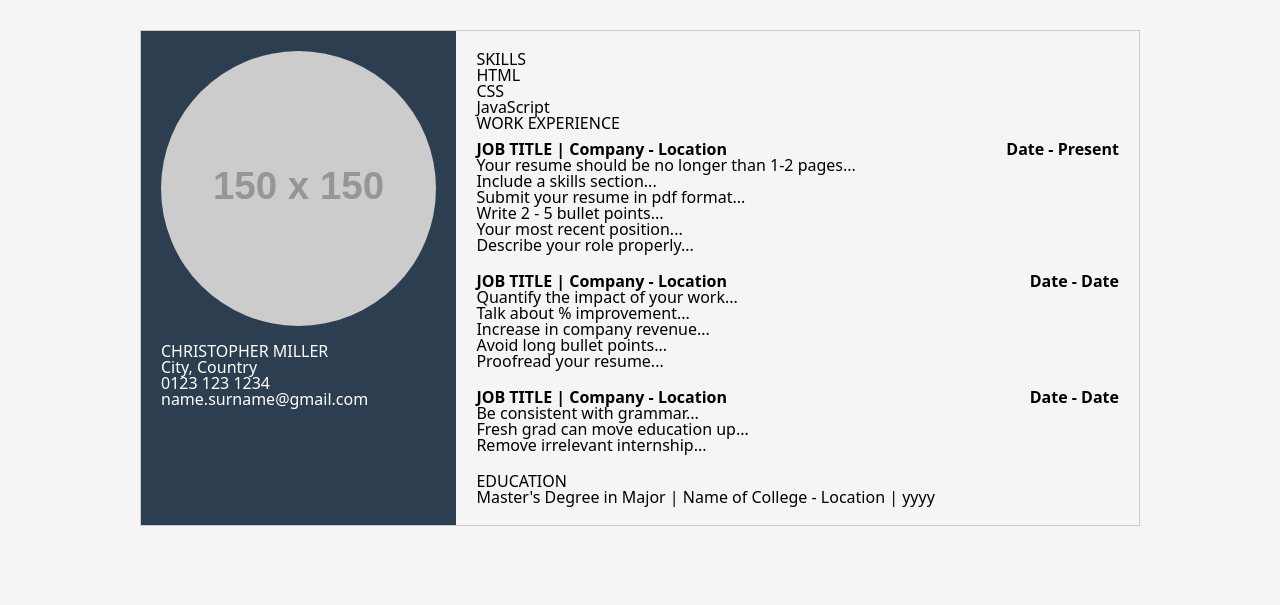
Repository: doanhieu0707/Homework-Day-5
Page: cv-flex.html
An editor plug-in stored every save of this project. The page is shown before and after the next save, followed by the edit.
The browser window is 1280 px wide. The pictures show the whole page.

Above is the page before, as saved 2026-04-22 14:42:11.

### cv-flex.html
<!doctype html>
<html lang="en">
<head>
    <meta charset="UTF-8" />
    <meta name="viewport" content="width=device-width, initial-scale=1.0" />
    <link rel="stylesheet" href="./css/reset.css" />
    <link rel="stylesheet" href="./css/style.css" />
    <title>CV Flex</title>
</head>
<body>
    <div class="cv">
        <div class="container">

            <!-- SIDEBAR -->
            <div class="sidebar">
                <img src="https://via.placeholder.com/150" alt="avatar" />
                <h1>CHRISTOPHER MILLER</h1>
                <p>City, Country</p>
                <p>0123 123 1234</p>
                <p>name.surname@gmail.com</p>

            </div>

            <!-- MAIN CONTENT -->
            <div class="infor">
                <h2>SKILLS</h2>
                <ul>
                    <li>HTML</li>
                    <li>CSS</li>
                    <li>JavaScript</li>
                </ul>

                <div class="work">
                    <h2 class="heading-2">WORK EXPERIENCE</h2>
                </div>

                <div class="part">
                    <div class="title">
                        <span>JOB TITLE | Company - Location</span>
                        <span>Date - Present</span>
                    </div>
                    <ul>
                        <li>Your resume should be no longer than 1-2 pages...</li>
                        <li>Include a skills section...</li>
                        <li>Submit your resume in pdf format...</li>
                        <li>Write 2 - 5 bullet points...</li>
                        <li>Your most recent position...</li>
                        <li>Describe your role properly...</li>
                    </ul>
                </div>

                <div class="part">
                    <div class="title">
                        <span>JOB TITLE | Company - Location</span>
                        <span>Date - Date</span>
                    </div>
                    <ul>
                        <li>Quantify the impact of your work...</li>
                        <li>Talk about % improvement...</li>
                        <li>Increase in company revenue...</li>
                        <li>Avoid long bullet points...</li>
                        <li>Proofread your resume...</li>
                    </ul>
                </div>

                <div class="part">
                    <div class="title">
                        <span>JOB TITLE | Company - Location</span>
                        <span>Date - Date</span>
                    </div>
                    <ul>
                        <li>Be consistent with grammar...</li>
                        <li>Fresh grad can move education up...</li>
                        <li>Remove irrelevant internship...</li>
                    </ul>
                </div>

                <div class="footer">
                    <h2>EDUCATION</h2>
                    <p>
                        <span>Master's Degree in Major</span> |
                        Name of College - Location | yyyy
                    </p>
                </div>
            </div>

        </div>
    </div>
</body>
</html>

### css/style.css
* {
    box-sizing: border-box;
}

body {
    background-color: gray;
    font-family:
        system-ui,
        -apple-system,
        BlinkMacSystemFont,
        "Segoe UI",
        Roboto,
        Oxygen,
        Ubuntu,
        Cantarell,
        "Fira Sans",
        "Droid Sans",
        "Helvetica Neue",
        sans-serif;
}

/* MAIN CV */
.cv {
    max-width: 1000px;
    margin: 20px auto;
    border: 1px solid #ccc;
}

/* FLEX LAYOUT */
.container {
    display: flex;
}

/* SIDEBAR */
.sidebar {
    flex: 3;
    background: #2c3e50;
    color: white;
    padding: 20px;
}

.sidebar img {
    width: 100%;
    border-radius: 50%;
    margin-bottom: 15px;
}

.sidebar h2 {
    margin-bottom: 10px;
}

.sidebar ul {
    padding-left: 20px;
}

/* MAIN CONTENT */
.infor {
    flex: 7;
    padding: 20px;
}

h3 {
    margin-bottom: 20px;
    font-weight: 700;
}

.heading-1 {
    font-size: 24px;
    margin-bottom: 5px;
}

/* SECTION */
.heading-2 {
    margin-bottom: 10px;
}

/* JOB TITLE */
.title {
    display: flex;
    justify-content: space-between;
    font-weight: bold;
}

/* SPACING */
.part {
    margin-bottom: 20px;
}

/* FOOTER */
.footer {
    margin-top: 20px;
}

/* ===== Menu ===== */
.menu {
    display: flex;
    align-items: center;
    justify-content: center;
    padding: 0 45px;
    font-size: 0;
    background-color: #3e5cca;
}

.menu li {
    display: inline-block;
    position: relative;
}

.menu li::before {
    content: "";
    position: absolute;
    left: 0;
    top: 0;
    width: 1px;
    height: 100%;
    background-color: #2d4db7;
}

.menu li:first-child::before {
    display: none;
}

.menu li a {
    display: inline-block;
    color: white;
    font-size: 16px;
    padding: 21px;
    text-decoration: none;
}

.menu li a::before {
    content: "\25B6";
    margin-right: 6px;
    font-size: 10px;
}

.menu li:hover > a {
  background-color: #2d4db7;
  color: #fff;
}


.menu li a:focus,
.menu li a:target {
    background-color: blueviolet;
    color: red;
}

/* ===== Form ===== */
.form {
    max-width: 400px;
    padding: 25px;
    margin: 10px auto;
    border-radius: 20px;
    background-color: #fff;
}

.form-heading {
    margin-bottom: 32px;
    text-align: center;
    font-size: 24px;
    font-weight: bold;
    color: red;
}

.form-label {
    display: block;
    margin: 12px 0 4px;
    font-weight: 600;
    font-size: 12px;
}

/* .form-label::after {
    content: " *";
    color: red;
} */

.form-input {
    width: 100%;
    padding: 6px 8px;
    border: 1px solid gray;
    border-radius: 5px;
    outline: none;
}

.form-input:focus {
    border-color: blueviolet;
}

/* .form-input:invalid {
    border-color: red;
} */

.form-input:not(:placeholder-shown):invalid {
  border-color: red;
}

.form-label--required::after {
  content: " *";
  color: red;
}

.form:focus-within {
  box-shadow: 0 0 0 3px rgba(138, 43, 226, 0.2);
}

.avatar {
    width: 100px;
    height: 100px;
    cursor: pointer;
    border-radius: 50%;
}

.form-options label {
    display: block;
}

.form-footer {
    display: flex;
    margin-top: 28px;
    justify-content: space-between;
}

.btn {
    display: inline-block;
    padding: 6px 16px;
    border-radius: 5px;
    min-width: 100px;
    text-align: center;
    border: none;
    background: rgb(87, 142, 230);
    color: white;
    cursor: pointer;
}

.btn:hover {
    background: #3e5cca;
}

.btn:active {
    transform: scale(0.95);
}

/* =====  */
body {
    background: #f5f5f5;
    padding: 10px;
}

.pricing {
    display: flex;
    justify-content: center;
    gap: 30px;
}

.pricing-item {
    width: 260px;
    padding: 30px 20px;
    border-radius: 20px;
    background: linear-gradient(135deg,#3f2bff,#5f5bff);
    color: white;
    text-align: center;
    transition: 0.3s;
}

.pricing-item:hover {
    transform: translateY(-10px);
    box-shadow: 0 15px 30px rgba(0,0,0,0.2);
}

.pricing-item:nth-child(2) {
    transform: scale(1.05);
    box-shadow: 0 15px 30px rgba(0,0,0,0.3);
}

.pricing-title {
    font-size: 18px;
    margin-bottom: 10px;
}

.pricing-price {
    font-size: 32px;
    font-weight: bold;
    margin-bottom: 20px;
}

.pricing-list {
    list-style: none;
    text-align: left;
    margin-bottom: 20px;
}

.pricing-list li {
    margin: 10px 0;
    padding-left: 20px;
    position: relative;
}

.pricing-list li::before {
    content: "✓";
    position: absolute;
    left: 0;
    color: #fff;
}

.btn {
    padding: 10px 20px;
    border-radius: 8px;
    border: none;
    background: #fff;
    color: #333;
    cursor: pointer;
}

.btn:hover {
    background: #eee;
}

/* ===== Blog ===== */
.blog{
    max-width:800px;
    margin:0 auto;
    background:white;
    padding:30px;
    border-radius:10px;
}

.blog h1{
    font-size:28px;
    margin-bottom:20px;
    font-weight: 600;
}

.blog h2,
.blog h3{
    margin:20px 0 10px;
}

.blog :not(h1):is(h2, h3) {
  color: #3e5cca;
}

.blog img{
    width:100%;
    height:300px;
    object-fit:cover;
    border-radius:8px;
    margin:20px 0;
}

.blog p{
    margin-bottom:16px;
}

.blog > p:first-of-type::first-letter{
    font-size:50px;
    font-weight:bold;
    float:left;
    margin-right:8px;
    line-height:1;
    color:#3e5cca;
}

.blog p::first-line{
    font-weight:bold;
}

::selection{
    background:#3e5cca;
    color:white;
}

blockquote{
    margin:20px 0;
    padding:10px 20px;
    border-left:4px solid #3e5cca;
    font-style:italic;
    position:relative;
    background:#f9f9f9;
}

blockquote::before{
    content:"“";
    font-size:40px;
    position:absolute;
    left:5px;
    top:-10px;
    color:#3e5cca;
}

.comments{
    margin-top:40px;
}

.comment{
    padding:15px;
    margin:10px 0;
    border-radius:8px;
    transition:0.3s;
}

.comment:nth-of-type(odd){
    background:#f9f9f9;
}

.comment:nth-of-type(even){
    background:#ececec;
}

.comment:hover{
    background:#e3e9ff;
    transform:translateX(5px);
}

.comment-author{
    font-weight:bold;
    margin-bottom:5px;
}

Loaded but not shown: css/reset.css (common file)

After the next save:
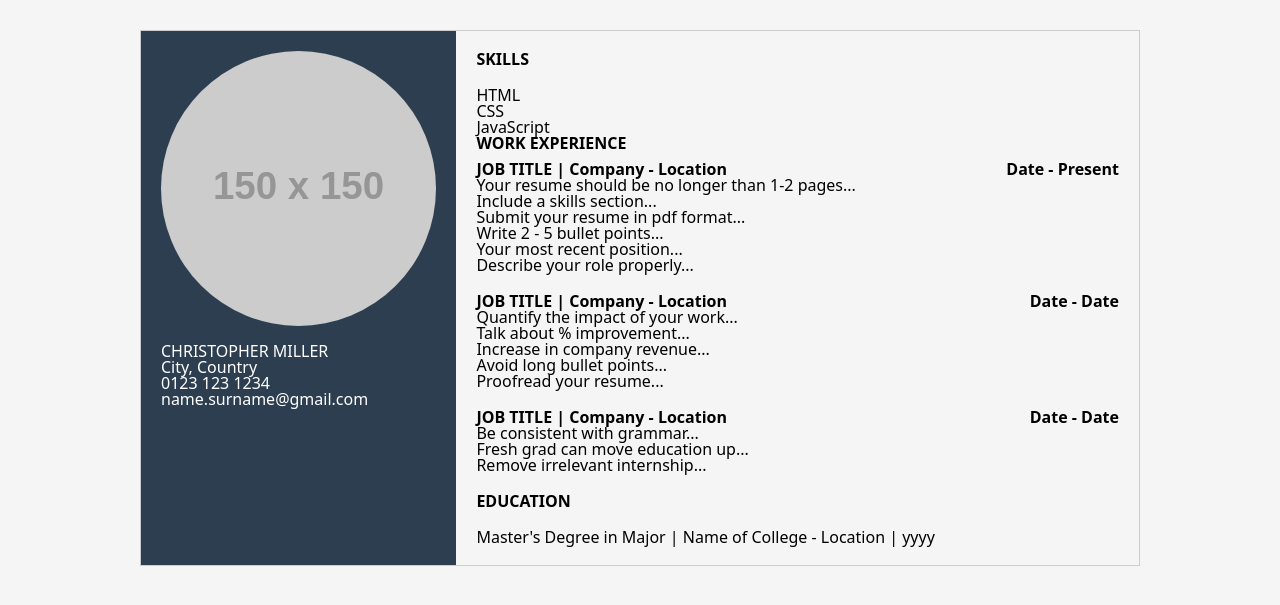
Saved 13 s later.
--- a/css/style.css
+++ b/css/style.css
@@ -59,7 +59,7 @@ body {
     padding: 20px;
 }
 
-h3 {
+h2 {
     margin-bottom: 20px;
     font-weight: 700;
 }
